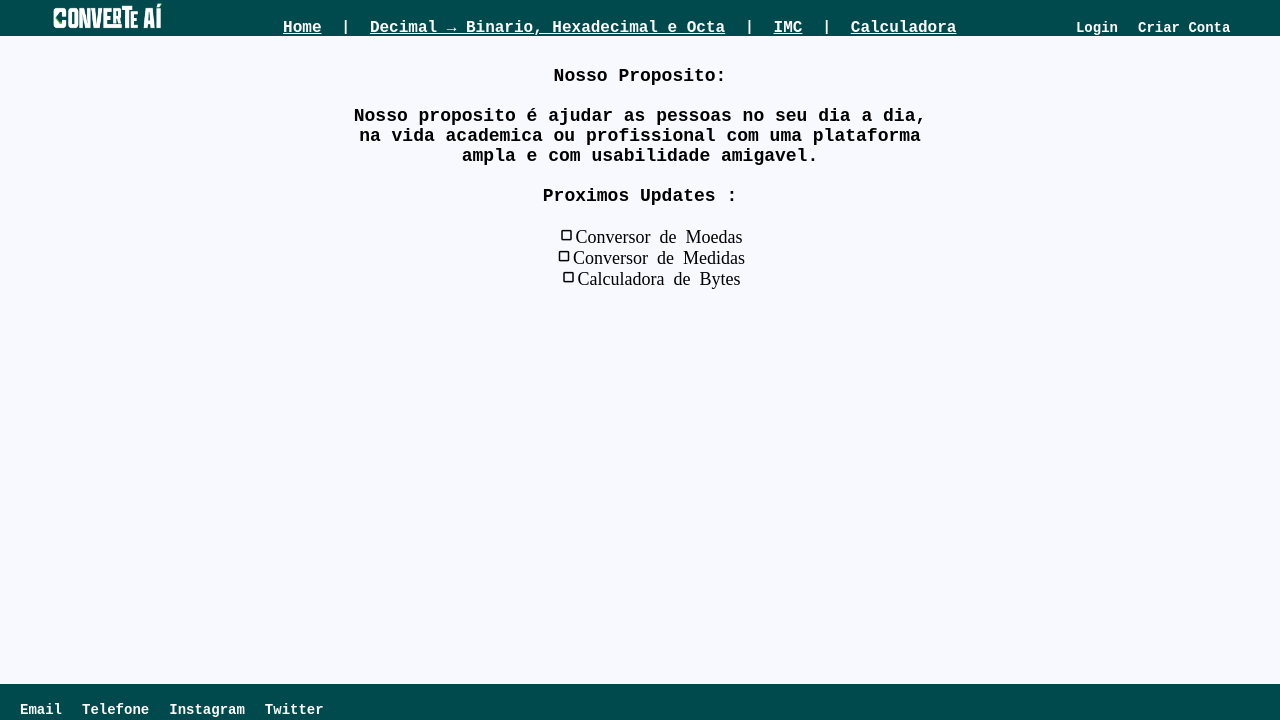
Repository: Frav1u/converteai
Page: ConverteAi/src/main/webapp/home.html
The author's editor kept a copy of each file at every save. The page is drawn from the files as they stood at one save, then again after the next save.
The browser window is 1280 px wide. The pictures show the whole page.
Some web fonts or font styles are not loaded; a fallback is used.

Above is the page before, as saved 2023-10-01 19:45:07.

After the next save:
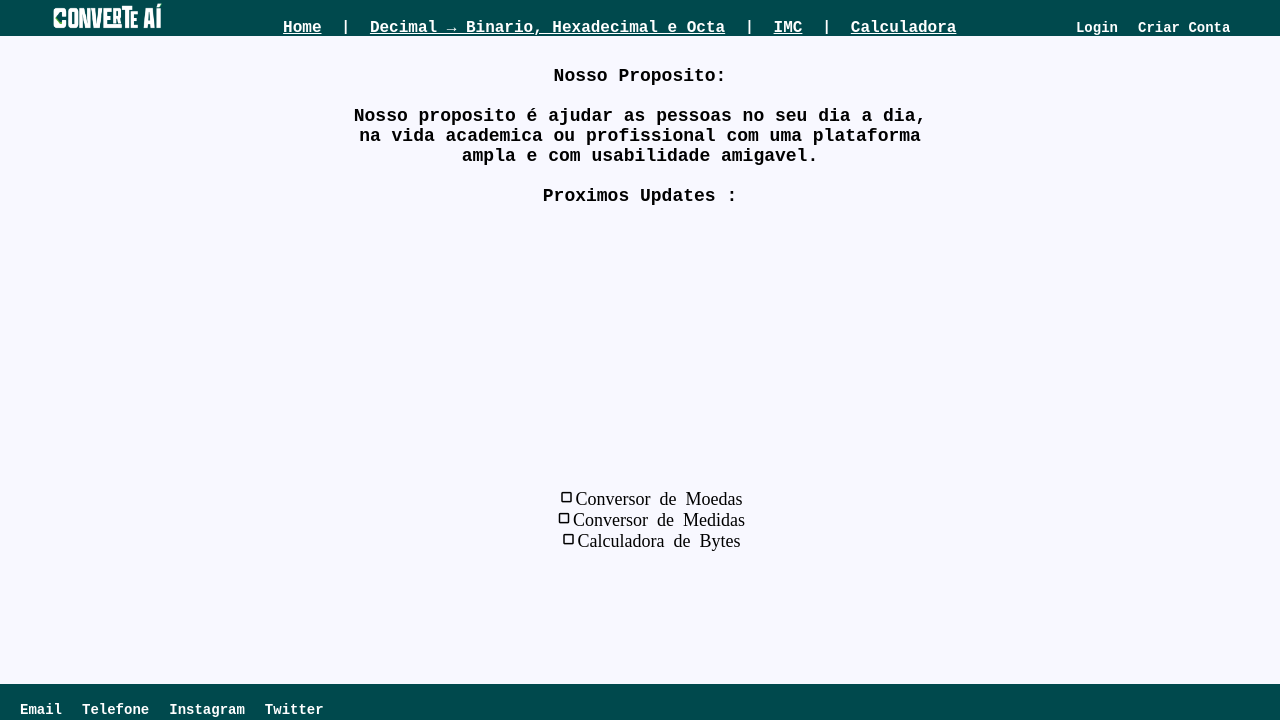
Saved 3 min 41 s later.
--- a/ConverteAi/src/main/webapp/home.html
+++ b/ConverteAi/src/main/webapp/home.html
@@ -32,6 +32,8 @@
 		<h1 class="tituloProposito">Nosso Proposito: </h1>
 		<p class="proposito">Nosso proposito é ajudar as pessoas no seu dia a dia, na vida academica ou profissional com uma plataforma ampla e com usabilidade amigavel.</p>
 		<h2> Proximos Updates :</h2>
+
+		<img src="Composicao_1.gif">
 		<ul class="updates">
 			<li><i class='bx bx-checkbox'>Conversor de Moedas</i></li>
 			<li><i class='bx bx-checkbox'>Conversor de Medidas</i></li>
